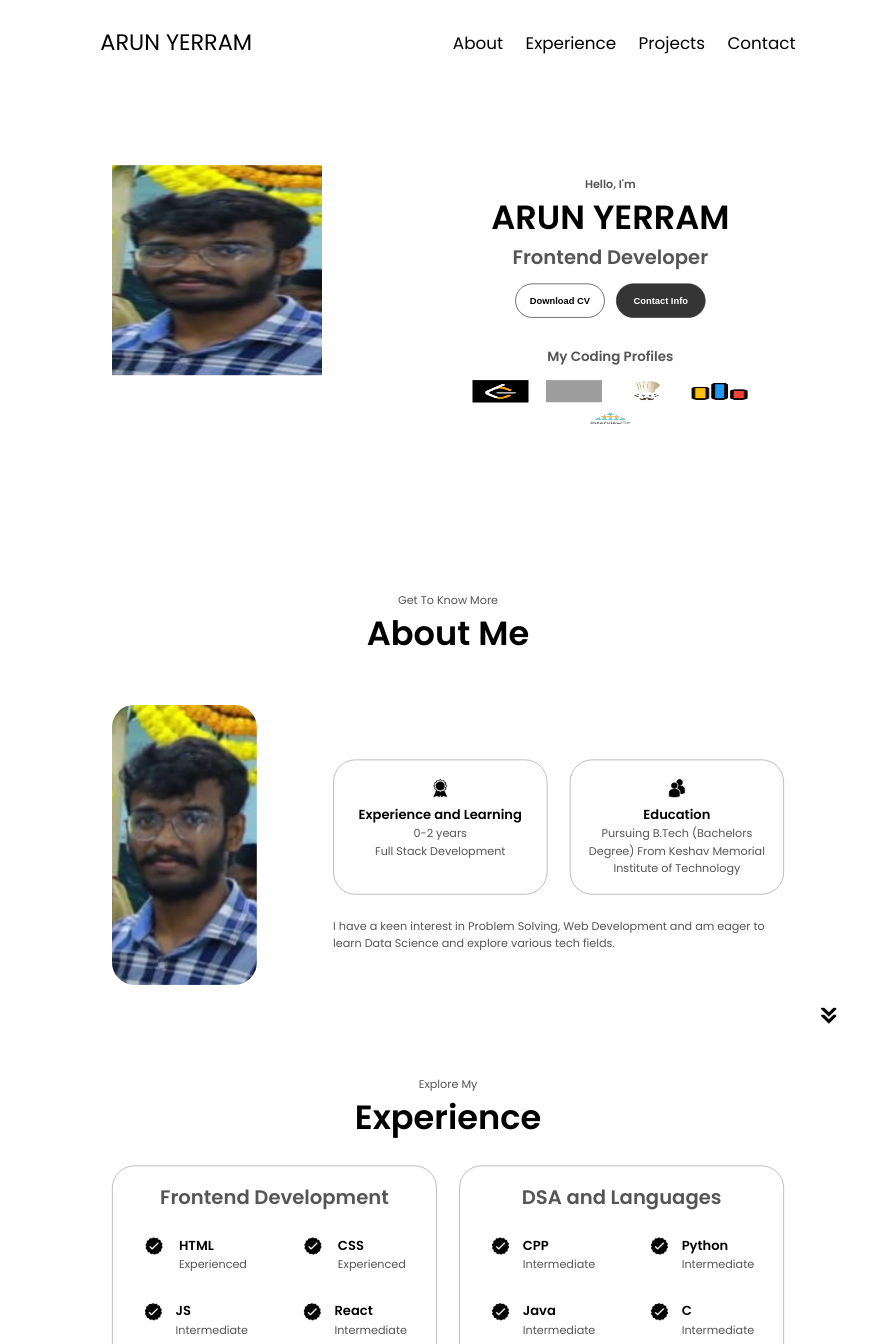
Repository: ARUN-YERRAM/ARUN-YERRAM-PORTFOLIO
Page: portfolio/index.html
An editor plug-in stored every save of this project. The page is shown before and after a run of saves, followed by the edit.
The browser window is 1280 px wide. The pictures show the part of the page from y = 0 to 1920 px (the page is 3401 px tall), at 70% of full size.
Pictures or frames that could not be fetched are drawn as grey boxes.

Above is the page before, as saved 2024-07-07 04:49:15.

### portfolio/index.html
<!DOCTYPE html>
<html lang="en">
<head>
  <meta charset="UTF-8" />
  <meta http-equiv="X-UA-Compatible" content="IE=edge" />
  <meta name="viewport" content="width=device-width, initial-scale=1.0" />
  <title>My Portfolio</title>
  <link rel="stylesheet" href="style.css" />
  <link rel="stylesheet" href="mediaqueries.css" />
</head>
<body>
  <nav id="desktop-nav">
    <div class="logo">ARUN YERRAM</div>
    <div>
      <ul class="nav-links">
        <li><a href="#about">About</a></li>
        <li><a href="#experience">Experience</a></li>
        <li><a href="#projects">Projects</a></li>
        <li><a href="#contact">Contact</a></li>
      </ul>
    </div>
  </nav>
  <nav id="hamburger-nav">
    <div class="logo">ARUN YERRAM</div>
    <div class="hamburger-menu">
      <div class="hamburger-icon" onclick="toggleMenu()">
        <span></span>
        <span></span>
        <span></span>
      </div>
      <div class="menu-links">
        <li><a href="#about" onclick="toggleMenu()">About</a></li>
        <li><a href="#experience" onclick="toggleMenu()">Experience</a></li>
        <li><a href="#projects" onclick="toggleMenu()">Projects</a></li>
        <li><a href="#contact" onclick="toggleMenu()">Contact</a></li>
      </div>
    </div>
  </nav>
  <section id="profile">
    <div class="section__pic-container">
      <img src="./assets/Photo1.jpg" alt="John Doe profile picture" width="300px" height="300px" />
    </div>
    <div class="section__text">
      <p class="section__text__p1">Hello, I'm</p>
      <h1 class="title">ARUN YERRAM</h1>
      <p class="section__text__p2">Frontend Developer</p>
      <div class="btn-container">
        <button class="btn btn-color-2" onclick="window.open('./assets/My_Resume.pdf')">Download CV</button>
        <button class="btn btn-color-1" onclick="location.href='./#contact'">Contact Info</button>
      </div>

      <div id="coding-profiles">
        <p>My Coding Profiles</p>
        <div class="coding-icons">
          <img src="./assets/leetcode.png" alt="My LeetCode profile" class="icon" onclick="window.open('https://leetcode.com/u/arun_2005/', '_blank')" width="80px"/>
          <img src="./assets/GFG.jpeg" alt="My GFG profile" class="icon" width="80px" onclick="window.open('https://www.geeksforgeeks.org/user/arunyerram/?utm_source=geeksforgeeks&utm_medium=my_profile&utm_campaign=auth_user', '_blank')" />
          <img src="./assets/CodeChef.jpeg" alt="My CodeChef profile" class="icon" onclick="window.open('https://www.codechef.com/users/yarun2k05', '_blank')" width="80px"/>
          <img src="./assets/Codeforces.png" alt="My CodeForces profile" class="icon" width="80px" onclick="window.open('https://codeforces.com/profile/Arunyerram_12', '_blank')" />
          <img src="./assets/IB.png" alt="My InterviewBit profile" class="icon" width="80px" onclick="window.open('https://www.interviewbit.com/profile/yerram-arun/', '_blank')" />
        </div>
    </div>
  </section>
  <section id="about">
    <p class="section__text__p1">Get To Know More</p>
    <h1 class="title">About Me</h1>
    <div class="section-container">
      <div class="section__pic-container">
        <img src="./assets/Photo1.jpg" alt="Profile picture" class="about-pic" />
      </div>
      <div class="about-details-container">
        <div class="about-containers">
          <div class="details-container">
            <img src="./assets/experience.png" alt="Experience icon" class="icon" />
            <h3>Experience and Learning</h3>
            <p>0-2 years <br />Full Stack Development</p>
          </div>
          <div class="details-container">
            <img src="./assets/education.png" alt="Education icon" class="icon" />
            <h3>Education</h3>
            <p>Pursuing B.Tech (Bachelors Degree) From Keshav Memorial Institute of Technology <br /></p>
          </div>
        </div>
        <div class="text-container">
          <p>I have a keen interest in Problem Solving, Web Development and am eager to learn Data Science and explore various tech fields.</p>
        </div>
      </div>
    </div>
    <img src="./assets/arrow.png" alt="Arrow icon" class="icon arrow" onclick="location.href='./#experience'" />
  </section>
  <section id="experience">
    <p class="section__text__p1">Explore My</p>
    <h1 class="title">Experience</h1>
    <div class="experience-details-container">
      <div class="about-containers">
        <div class="details-container">
          <h2 class="experience-sub-title">Frontend Development</h2>
          <div class="article-container">
            <article>
              <img src="./assets/checkmark.png" alt="Experience icon" class="icon" />
              <div>
                <h3>HTML</h3>
                <p>Experienced</p>
              </div>
            </article>

            <article>
              <img src="./assets/checkmark.png" alt="Experience icon" class="icon" />
              <div>
                <h3>CSS</h3>
                <p>Experienced</p>
              </div>
            </article>

            <article>
              <img src="./assets/checkmark.png" alt="Experience icon" class="icon" />
              <div>
                <h3>JS</h3>
                <p>Intermediate</p>
              </div>
            </article>

            <article>
              <img src="./assets/checkmark.png" alt="Experience icon" class="icon" />
              <div>
                <h3>React</h3>
                <p>Intermediate</p>
              </div>
            </article>

            <article>
              <img src="./assets/checkmark.png" alt="Experience icon" class="icon" />
              <div>
                <h3>MongoDB</h3>
                <p>Intermediate</p>
              </div>
            </article>

            <article>
              <img src="./assets/checkmark.png" alt="Experience icon" class="icon" />
              <div>
                <h3>Node JS</h3>
                <p>Intermediate</p>
              </div>
            </article>

            <article>
              <img src="./assets/checkmark.png" alt="Experience icon" class="icon" />
              <div>
                <h3>Express JS</h3>
                <p>Intermediate</p>
              </div>
            </article>

            <article>
              <img src="./assets/checkmark.png" alt="Experience icon" class="icon" />
              <div>
                <h3>Git & GitHub</h3>
                <p>Intermediate</p>
              </div>
            </article>

          </div>
        </div>
        <div class="details-container">
          <h2 class="experience-sub-title">DSA and Languages</h2>
          <div class="article-container">
            <article>
              <img src="./assets/checkmark.png" alt="Experience icon" class="icon" />
              <div>
                <h3>CPP</h3>
                <p>Intermediate</p>
              </div>
            </article>
            <article>
              <img src="./assets/checkmark.png" alt="Experience icon" class="icon" />
              <div>
                <h3>Python</h3>
                <p>Intermediate</p>
              </div>
            </article>

            <article>
              <img src="./assets/checkmark.png" alt="Experience icon" class="icon" />
              <div>
                <h3>Java</h3>
                <p>Intermediate</p>
              </div>
            </article>

            <article>
              <img src="./assets/checkmark.png" alt="Experience icon" class="icon" />
              <div>
                <h3>C</h3>
                <p>Intermediate</p>
              </div>
            </article>
          </div>
        </div>
      </div>
    </div>
    <img src="./assets/arrow.png" alt="Arrow icon" class="icon arrow" onclick="location.href='./#projects'" />
  </section>
  <section id="projects">
    <p class="section__text__p1">Browse My Recent</p>
    <h1 class="title">Projects</h1>
    <div class="experience-details-container">
      <div class="about-containers">
        <div class="details-container color-container">
          <div class="article-container">
            <img src="./assets/P1.png" alt="Project 1" class="project-img" />
          </div>
          <h2 class="experience-sub-title project-title">NYAAYSAHAAYAK</h2>
          <div class="btn-container">
            <button class="btn btn-color-2 project-btn" onclick="location.href='https://github.com/ARUN-YERRAM/NYAAYSAHAAYAK'">GitHub</button>
            <button class="btn btn-color-2 project-btn" onclick="location.href=''">Live Demo</button>
          </div>
        </div>
        <div class="details-container color-container">
          <div class="article-container">
            <img src="./assets/project-2.png" alt="Project 2" class="project-img" />
          </div>
          <h2 class="experience-sub-title project-title">LecturesCheck</h2>
          <div class="btn-container">
            <button class="btn btn-color-2 project-btn" onclick="location.href='https://github.com/ARUN-YERRAM/LecturesCheck'">GitHub</button>
            <button class="btn btn-color-2 project-btn" onclick="location.href=''">Live Demo</button>
          </div>
        </div>
      </div>
    </div>
    <img src="./assets/arrow.png" alt="Arrow icon" class="icon arrow" onclick="location.href='./#contact'" />
  </section>
  <section id="contact">
    <p class="section__text__p1">Get in Touch</p>
    <h1 class="title">Contact Me</h1>
    <div class="contact-info-upper-container">
      <div class="contact-info-container">
        <img src="./assets/email.png" alt="Email icon" class="icon contact-icon email-icon" />
        <p><a href="mailto:arunyerram12022005@gmail.com">arunyerram12022005@gmail.com</a></p>
      </div>
      <div class="contact-info-container">
        <img src="./assets/linkedin.png" alt="LinkedIn icon" class="icon contact-icon" />
        <p><a href="https://www.linkedin.com/in/arun-yerram/">LinkedIn</a></p>
      </div>
    </div>
  </section>
  <footer>
    <nav>
      <div class="nav-links-container">
        <ul class="nav-links">
          <li><a href="#about">About</a></li>
          <li><a href="#experience">Experience</a></li>
          <li><a href="#projects">Projects</a></li>
          <li><a href="#contact">Contact</a></li>
        </ul>
      </div>
    </nav>
    <p>Copyright &#169; 2024 Arun Yerram. All Rights Reserved.</p>
  </footer>
  <script src="script.js"></script>
</body>
</html>

### portfolio/style.css
/* GENERAL */

@import url("https://fonts.googleapis.com/css2?family=Poppins:wght@300;400;500;600&display=swap");

* {
  margin: 0;
  padding: 0;
}

body {
  font-family: "Poppins", sans-serif;
}

html {
  scroll-behavior: smooth;
}

p {
  color: rgb(85, 85, 85);
}

/* TRANSITION */

a,
.btn {
  transition: all 300ms ease;
}


/* DESKTOP NAV */

nav,
.nav-links {
  display: flex;
}

nav {
  justify-content: space-around;
  align-items: center;
  height: 17vh;
}

.nav-links {
  gap: 2rem;
  list-style: none;
  font-size: 1.5rem;
}

a {
  color: black;
  text-decoration: none;
  text-decoration-color: white;
}

a:hover {
  color: grey;
  text-decoration: underline;
  text-underline-offset: 1rem;
  text-decoration-color: rgb(181, 181, 181);
}

.logo {
  font-size: 2rem;
}

.logo:hover {
  cursor: default;
}

/* HAMBURGER MENU */

#hamburger-nav {
  display: none;
}

.hamburger-menu {
  position: relative;
  display: inline-block;
}

.hamburger-icon {
  display: flex;
  flex-direction: column;
  justify-content: space-between;
  height: 24px;
  width: 30px;
  cursor: pointer;
}

.hamburger-icon span {
  width: 100%;
  height: 2px;
  background-color: black;
  transition: all 0.3 ease-in-out;
}

.menu-links {
  position: absolute;
  top: 100%;
  right: 0;
  background-color: white;
  width: fit-content;
  max-height: 0;
  overflow: hidden;
  transition: all 0.3 ease-in-out;
}

.menu-links a {
  display: block;
  padding: 10px;
  text-align: center;
  font-size: 1.5rem;
  color: black;
  text-decoration: none;
  transition: all 0.3 ease-in-out;
}

.menu-links li {
  list-style: none;
}

.menu-links.open {
  max-height: 300px;
}

.hamburger-icon.open span:first-child {
  transform: rotate(45deg) translate(10px, 5px);
}

.hamburger-icon.open span:nth-child(2) {
  opacity: 0;
}

.hamburger-icon.open span:last-child {
  transform: rotate(-45deg) translate(10px, -5px);
}

.hamburger-icon span:first-child {
  transform: none;
}

.hamburger-icon span:first-child {
  opacity: 1;
}

.hamburger-icon span:first-child {
  transform: none;
}


#socials-container {
  display: flex;
  align-items: center;
  justify-content: center;
  margin-top: 20px; /* Adjusted space between buttons and profiles */
}

#coding-profiles {
  display: flex;
  align-items: center;
  justify-content: center;
  flex-direction: column;
  margin-top: 40px; /* Space between social icons and coding profiles */
}

#coding-profiles p {
  font-size: 1.2em;
  margin-bottom: 20px; /* Space between heading and icons */
}

#coding-profiles .icon {
  margin: 0 10px; /* Space between coding profile icons */
}


/* SECTIONS */

section {
  padding-top: 4vh;
  height: 96vh;
  margin: 0 10rem;
  box-sizing: border-box;
  min-height: fit-content;
}

.section-container {
  display: flex;
}

/* PROFILE SECTION */

#profile {
  display: flex;
  justify-content: center;
  gap: 5rem;
  height: 80vh;
}

.section__pic-container {
  display: flex;
  height: 400px;
  width: 400px;
  margin: auto 0;
}

.section__text {
  align-self: center;
  text-align: center;
}

.section__text p {
  font-weight: 600;
}

.section__text__p1 {
  text-align: center;
}

.section__text__p2 {
  font-size: 1.75rem;
  margin-bottom: 1rem;
}

.title {
  font-size: 3rem;
  text-align: center;
}

#socials-container {
  display: flex;
  justify-content: center;
  margin-top: 1rem;
  gap: 1rem;
}

/* ICONS */

.icon {
  cursor: pointer;
  height: 2rem;
}

/* BUTTONS */

.btn-container {
  display: flex;
  justify-content: center;
  gap: 1rem;
}

.btn {
  font-weight: 600;
  transition: all 300ms ease;
  padding: 1rem;
  width: 8rem;
  border-radius: 2rem;
}

.btn-color-1,
.btn-color-2 {
  border: rgb(53, 53, 53) 0.1rem solid;
}

.btn-color-1:hover,
.btn-color-2:hover {
  cursor: pointer;
}

.btn-color-1,
.btn-color-2:hover {
  background: rgb(53, 53, 53);
  color: white;
}

.btn-color-1:hover {
  background: rgb(0, 0, 0);
}

.btn-color-2 {
  background: none;
}

.btn-color-2:hover {
  border: rgb(255, 255, 255) 0.1rem solid;
}

.btn-container {
  gap: 1rem;
}

/* ABOUT SECTION */

#about {
  position: relative;
}

.about-containers {
  gap: 2rem;
  margin-bottom: 2rem;
  margin-top: 2rem;
}

.about-details-container {
  justify-content: center;
  flex-direction: column;
}

.about-containers,
.about-details-container {
  display: flex;
}

.about-pic {
  border-radius: 2rem;
}

.arrow {
  position: absolute;
  right: -5rem;
  bottom: 2.5rem;
}

.details-container {
  padding: 1.5rem;
  flex: 1;
  background: white;
  border-radius: 2rem;
  border: rgb(53, 53, 53) 0.1rem solid;
  border-color: rgb(163, 163, 163);
  text-align: center;
}

.section-container {
  gap: 4rem;
  height: 80%;
}

.section__pic-container {
  height: 400px;
  width: 400px;
  margin: auto 0;
}

/* EXPERIENCE SECTION */

#experience {
  position: relative;
}

.experience-sub-title {
  color: rgb(85, 85, 85);
  font-weight: 600;
  font-size: 1.75rem;
  margin-bottom: 2rem;
}

.experience-details-container {
  display: flex;
  justify-content: center;
  flex-direction: column;
}

.article-container {
  display: flex;
  text-align: initial;
  flex-wrap: wrap;
  flex-direction: row;
  gap: 2.5rem;
  justify-content: space-around;
}

article {
  display: flex;
  width: 10rem;
  justify-content: space-around;
  gap: 0.5rem;
}

article .icon {
  cursor: default;
}

/* PROJECTS SECTION */

#projects {
  position: relative;
}

.color-container {
  border-color: rgb(163, 163, 163);
  background: rgb(250, 250, 250);
}

.project-img {
  border-radius: 2rem;
  width: 90%;
  height: 90%;
}

.project-title {
  margin: 1rem;
  color: black;
}

.project-btn {
  color: black;
  border-color: rgb(163, 163, 163);
}

/* CONTACT */

#contact {
  display: flex;
  justify-content: center;
  flex-direction: column;
  height: 70vh;
}

.contact-info-upper-container {
  display: flex;
  justify-content: center;
  border-radius: 2rem;
  border: rgb(53, 53, 53) 0.1rem solid;
  border-color: rgb(163, 163, 163);
  background: (250, 250, 250);
  margin: 2rem auto;
  padding: 0.5rem;
}

.contact-info-container {
  display: flex;
  align-items: center;
  justify-content: center;
  gap: 0.5rem;
  margin: 1rem;
}

.contact-info-container p {
  font-size: larger;
}

.contact-icon {
  cursor: default;
}

.email-icon {
  height: 2.5rem;
}

/* FOOTER SECTION */

footer {
  height: 26vh;
  margin: 0 1rem;
}

footer p {
  text-align: center;
}

### portfolio/mediaqueries.css
@media screen and (max-width: 1400px) {
  #profile {
    height: 83vh;
    margin-bottom: 6rem;
  }
  .about-containers {
    flex-wrap: wrap;
  }
  #contact,
  #projects {
    height: fit-content;
  }
}

@media screen and (max-width: 1200px) {
  #desktop-nav {
    display: none;
  }
  #hamburger-nav {
    display: flex;
  }
  #experience,
  .experience-details-container {
    margin-top: 2rem;
  }
  #profile,
  .section-container {
    display: block;
  }
  .arrow {
    display: none;
  }
  section,
  .section-container {
    height: fit-content;
  }
  section {
    margin: 0 5%;
  }
  .section__pic-container {
    width: 275px;
    height: 275px;
    margin: 0 auto 2rem;
  }
  .about-containers {
    margin-top: 0;
  }
}

@media screen and (max-width: 600px) {
  #contact,
  footer {
    height: 40vh;
  }
  #profile {
    height: 83vh;
    margin-bottom: 0;
  }
  article {
    font-size: 1rem;
  }
  footer nav {
    height: fit-content;
    margin-bottom: 2rem;
  }
  .about-containers,
  .contact-info-upper-container,
  .btn-container {
    flex-wrap: wrap;
  }
  .contact-info-container {
    margin: 0;
  }
  .contact-info-container p,
  .nav-links li a {
    font-size: 1rem;
  }
  .experience-sub-title {
    font-size: 1.25rem;
  }
  .logo {
    font-size: 1.5rem;
  }
  .nav-links {
    flex-direction: column;
    gap: 0.5rem;
    text-align: center;
  }
  .section__pic-container {
    width: auto;
    height: 46vw;
    justify-content: center;
  }
  .section__text__p2 {
    font-size: 1.25rem;
  }
  .title {
    font-size: 2rem;
  }
  .text-container {
    text-align: justify;
  }
}

Loaded but not shown: portfolio/script.js (common file)

After the next 2 saves:
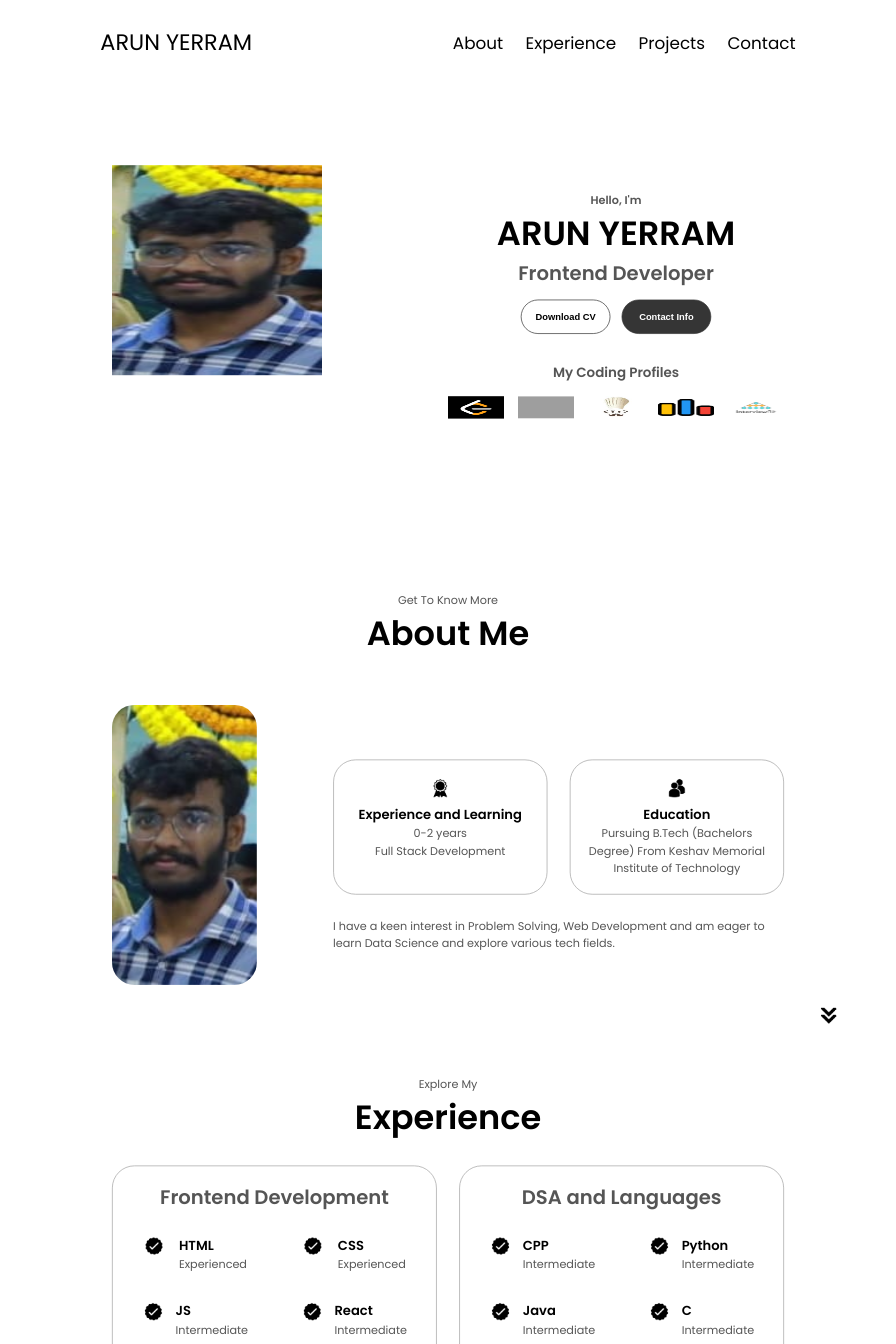
The 2 saves are shown as one change because they came seconds apart.
The last was saved 29 s later.
--- a/portfolio/style.css
+++ b/portfolio/style.css
@@ -156,11 +156,8 @@
 }
 
 #coding-profiles {
-  display: flex;
-  align-items: center;
-  justify-content: center;
-  flex-direction: column;
   margin-top: 40px; /* Space between social icons and coding profiles */
+  text-align: center;
 }
 
 #coding-profiles p {
@@ -168,8 +165,10 @@
   margin-bottom: 20px; /* Space between heading and icons */
 }
 
-#coding-profiles .icon {
-  margin: 0 10px; /* Space between coding profile icons */
+.coding-icons {
+  display: flex;
+  justify-content: center;
+  gap: 20px; /* Space between coding profile icons */
 }
 
 
